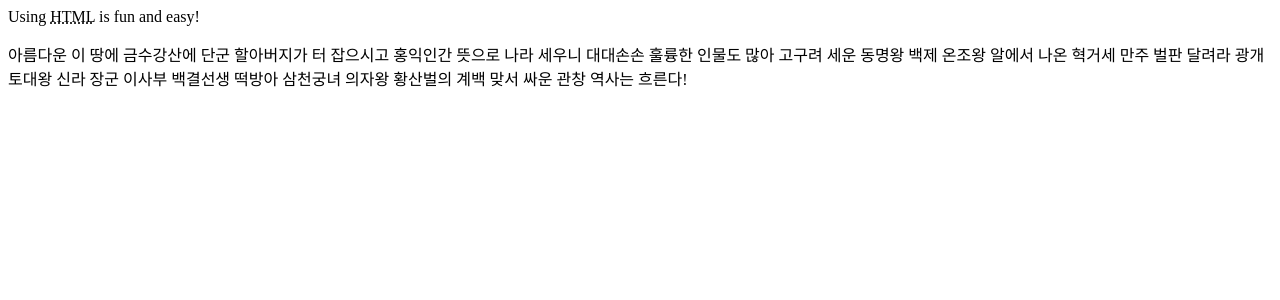
Repository: sangah-park98/jsp-class
Page: k20230503_1_html/src/main/webapp/14_abbr_b_i_mark_dfn_cite_q.html
The author's editor kept a copy of each file at every save. The page is drawn from the files as they stood at one save, then again after the next save.
The browser window is 1280 px wide. The pictures show the whole page.

Above is the page before, as saved 2023-05-03 07:01:09.

### k20230503_1_html/src/main/webapp/14_abbr_b_i_mark_dfn_cite_q.html
<!DOCTYPE html>
<html>
<head>
<meta charset="UTF-8">
<title>abbr b i mark dfn cite q</title>
</head>
<body>

<!--
	<abbr> 태그는 줄임말 또는 머리 글자에 마우스를 올리면 풍선 도움말을 나타낸다.
	title 속성에 마우스를 올렸을 때 표시할 설명을 지정한다.
-->

Using <abbr title="HyperText Markup Language">HTML</abbr> is fun and easy!

<!--
	<b> 태그는 독자의 주의를 끄는 요소로 활용된다. 굵게
	<i> 태그는 이태릭체(기울임꼴)로 표시된다.
-->

<p>
아름다운 이 땅에 금수강산에 단군 할아버지가 터 잡으시고
홍익인간 뜻으로 나라 세우니 대대손손 훌륭한 인물도 많아
고구려 세운 동명왕 백제 온조왕 알에서 나온 혁거세
만주 벌판 달려라 광개토대왕 신라 장군 이사부
백결선생 떡방아 삼천궁녀 의자왕
황산벌의 계백 맞서 싸운 관창
역사는 흐른다!
</p>


</body>
</html>

After the next save:
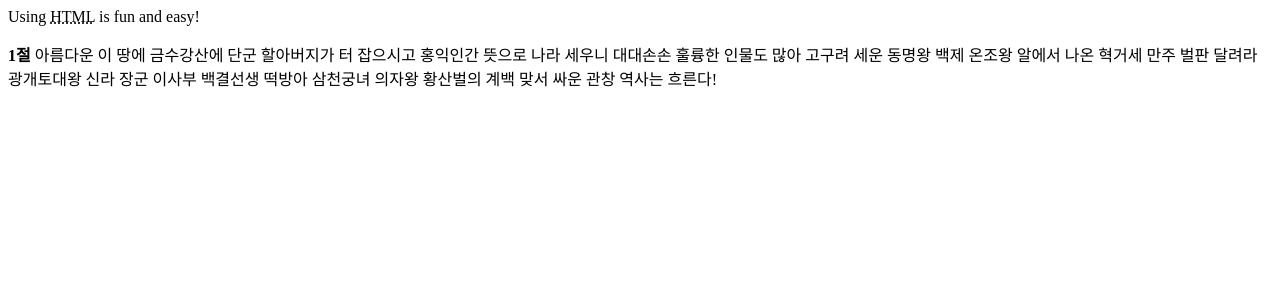
Saved 41 s later.
--- a/k20230503_1_html/src/main/webapp/14_abbr_b_i_mark_dfn_cite_q.html
+++ b/k20230503_1_html/src/main/webapp/14_abbr_b_i_mark_dfn_cite_q.html
@@ -19,13 +19,14 @@ Using <abbr title="HyperText Markup Language">HTML</abbr> is fun and easy!
 -->
 
 <p>
-아름다운 이 땅에 금수강산에 단군 할아버지가 터 잡으시고
-홍익인간 뜻으로 나라 세우니 대대손손 훌륭한 인물도 많아
-고구려 세운 동명왕 백제 온조왕 알에서 나온 혁거세
-만주 벌판 달려라 광개토대왕 신라 장군 이사부
-백결선생 떡방아 삼천궁녀 의자왕
-황산벌의 계백 맞서 싸운 관창
-역사는 흐른다!
+	<b>1절</b>
+	아름다운 이 땅에 금수강산에 단군 할아버지가 터 잡으시고
+	홍익인간 뜻으로 나라 세우니 대대손손 훌륭한 인물도 많아
+	고구려 세운 동명왕 백제 온조왕 알에서 나온 혁거세
+	만주 벌판 달려라 광개토대왕 신라 장군 이사부
+	백결선생 떡방아 삼천궁녀 의자왕
+	황산벌의 계백 맞서 싸운 관창
+	역사는 흐른다!
 </p>
 
 
